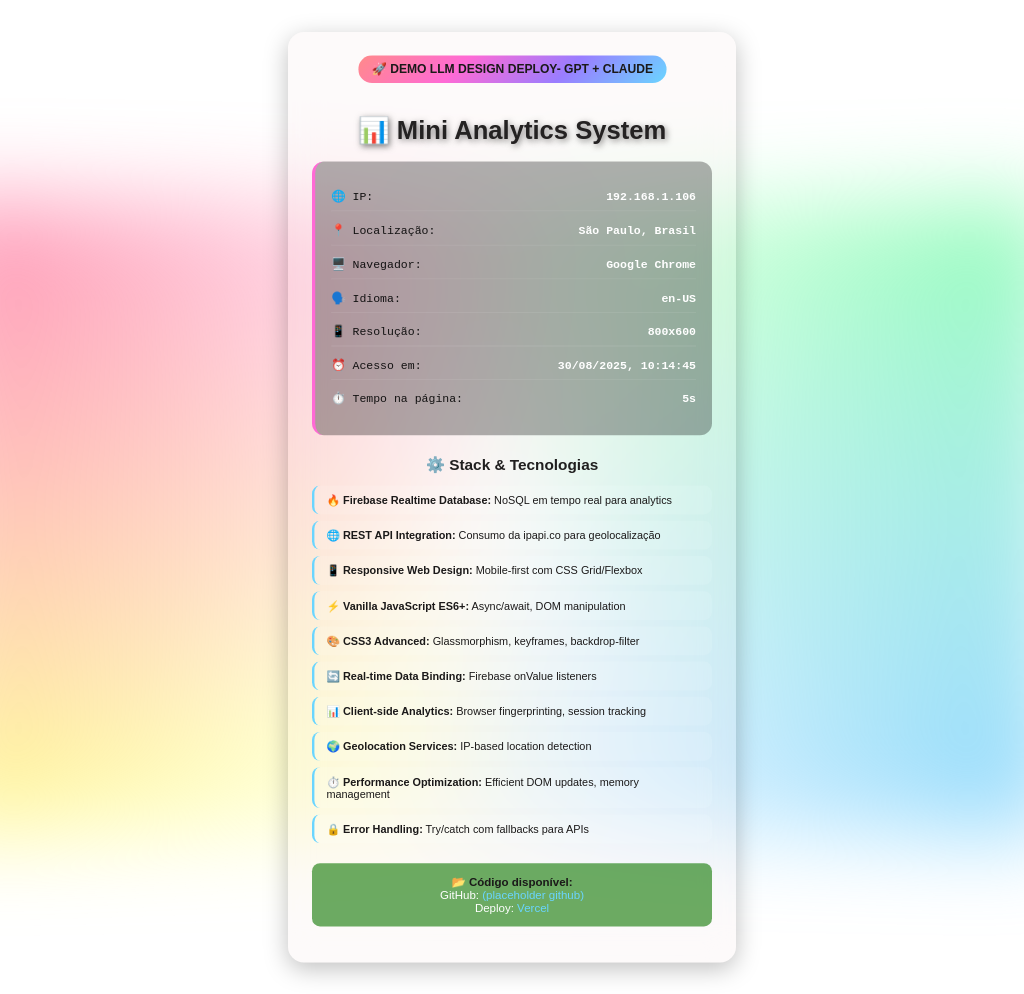
Repository: nardogod/mini-analytics
Page: mini.html
These files come from the project's save history. The page is drawn as it stood at one moment and after the next save; the edit follows.
The browser window is 1280 px wide. The pictures show the whole page, at 80% of full size.

Above is the page before, as saved 2025-08-30 10:57:29.

### mini.html
<!DOCTYPE html>
<html lang="pt-BR">
  <head>
    <meta charset="UTF-8" />
    <meta name="viewport" content="width=device-width, initial-scale=1.0" />
    <title>Demo Analytics - Portfólio</title>
    <style>
      body {
        margin: 0;
        font-family: "Poppins", sans-serif;
        display: flex;
        justify-content: center;
        align-items: center;
        min-height: 100vh;
        overflow-x: hidden;
        color: #1b1919;
        text-align: center;
        padding: 20px 0;
      }

      /* Fundo vibrante com bolhas coloridas */
      .background {
        position: fixed;
        width: 100%;
        height: 100%;
        background: radial-gradient(
            circle at top left,
            rgba(255, 100, 150, 0.7),
            transparent 50%
          ),
          radial-gradient(
            circle at bottom right,
            rgba(100, 200, 255, 0.7),
            transparent 50%
          ),
          radial-gradient(
            circle at top right,
            rgba(100, 255, 150, 0.7),
            transparent 50%
          ),
          radial-gradient(
            circle at bottom left,
            rgba(255, 255, 100, 0.7),
            transparent 50%
          );
        filter: blur(50px);
        animation: moveBubbles 10s infinite alternate ease-in-out;
        z-index: -1;
      }

      @keyframes moveBubbles {
        0% {
          transform: translate(0, 0) scale(1);
        }
        50% {
          transform: translate(-25px, 25px) scale(1.1);
        }
        100% {
          transform: translate(25px, -25px) scale(1);
        }
      }

      .container {
        background: rgba(240, 222, 222, 0.15);
        border-radius: 20px;
        padding: 30px;
        width: 90%;
        max-width: 500px;
        box-shadow: 0 8px 30px rgba(0, 0, 0, 0.25);
        backdrop-filter: blur(20px);
        margin: 20px;
      }

      h1 {
        font-size: 2rem;
        margin-bottom: 20px;
        color: #242222;
        text-shadow: 2px 2px 8px rgba(0, 0, 0, 0.5);
      }

      .demo-badge {
        display: inline-block;
        background: linear-gradient(135deg, #ff8a8a, #ff6ad5, #9a7dff, #6ad5ff);
        padding: 8px 16px;
        border-radius: 25px;
        font-size: 0.9rem;
        font-weight: bold;
        margin-bottom: 20px;
        animation: pulse 2s infinite;
      }

      @keyframes pulse {
        0%,
        100% {
          transform: scale(1);
        }
        50% {
          transform: scale(1.05);
        }
      }

      .analytics-display {
        background: rgba(0, 0, 0, 0.3);
        border-radius: 15px;
        padding: 20px;
        margin: 20px 0;
        text-align: left;
        font-family: "Courier New", monospace;
        font-size: 0.9rem;
        line-height: 1.6;
        border-left: 4px solid #ff6ad5;
      }

      .metric {
        display: flex;
        justify-content: space-between;
        margin: 8px 0;
        padding: 5px 0;
        border-bottom: 1px solid rgba(255, 255, 255, 0.1);
      }

      .metric:last-child {
        border-bottom: none;
      }

      .label {
        color: #131212;
        font-weight: 500;
      }

      .value {
        color: #fff;
        font-weight: bold;
      }

      .tecnicas {
        margin-top: 25px;
        font-size: 0.85rem;
        text-align: left;
      }

      .tecnicas h2 {
        font-size: 1.2rem;
        margin-bottom: 15px;
        text-align: center;
        color: #201f1f;
      }

      .tecnicas ul {
        list-style: none;
        padding: 0;
      }

      .tecnicas li {
        background: rgba(255, 255, 255, 0.1);
        margin: 8px 0;
        padding: 10px 15px;
        border-radius: 10px;
        border-left: 3px solid #6ad5ff;
      }

      .live-indicator {
        display: inline-block;
        width: 8px;
        height: 8px;
        background: #4ade80;
        border-radius: 50%;
        animation: blink 1.5s infinite;
        margin-right: 8px;
      }

      @keyframes blink {
        0%,
        50% {
          opacity: 1;
        }
        51%,
        100% {
          opacity: 0.3;
        }
      }

      .visitors-count {
        background: linear-gradient(135deg, #4ade80, #22d3ee);
        padding: 10px 20px;
        border-radius: 25px;
        margin: 15px 0;
        font-weight: bold;
        display: inline-block;
      }
    </style>
  </head>
  <body>
    <div class="background"></div>
    <div class="container">
      <div class="demo-badge">🚀 DEMO LLM DESIGN DEPLOY- GPT + CLAUDE</div>
      <h1>📊 Mini Analytics System</h1>

      <div class="analytics-display" id="analytics">
        <div class="metric">
          <span class="label">🌐 IP:</span>
          <span class="value" id="ip">Detectando...</span>
        </div>
        <div class="metric">
          <span class="label">📍 Localização:</span>
          <span class="value" id="location">Carregando...</span>
        </div>
        <div class="metric">
          <span class="label">🖥️ Navegador:</span>
          <span class="value" id="browser">Analisando...</span>
        </div>
        <div class="metric">
          <span class="label">🗣️ Idioma:</span>
          <span class="value" id="language">--</span>
        </div>
        <div class="metric">
          <span class="label">📱 Resolução:</span>
          <span class="value" id="screen">--</span>
        </div>
        <div class="metric">
          <span class="label">⏰ Acesso em:</span>
          <span class="value" id="timestamp">--</span>
        </div>
        <div class="metric">
          <span class="label">⏱️ Tempo na página:</span>
          <span class="value" id="sessionTime">0s</span>
        </div>
      </div>

      <div class="tecnicas">
        <h2>⚙️ Stack & Tecnologias</h2>
        <ul>
          <li>
            🔥 <strong>Firebase Realtime Database:</strong> NoSQL em tempo real
            para analytics
          </li>
          <li>
            🌐 <strong>REST API Integration:</strong> Consumo da ipapi.co para
            geolocalização
          </li>
          <li>
            📱 <strong>Responsive Web Design:</strong> Mobile-first com CSS
            Grid/Flexbox
          </li>
          <li>
            ⚡ <strong>Vanilla JavaScript ES6+:</strong> Async/await, DOM
            manipulation
          </li>
          <li>
            🎨 <strong>CSS3 Advanced:</strong> Glassmorphism, keyframes,
            backdrop-filter
          </li>
          <li>
            🔄 <strong>Real-time Data Binding:</strong> Firebase onValue
            listeners
          </li>
          <li>
            📊 <strong>Client-side Analytics:</strong> Browser fingerprinting,
            session tracking
          </li>
          <li>
            🌍 <strong>Geolocation Services:</strong> IP-based location
            detection
          </li>
          <li>
            ⏱️ <strong>Performance Optimization:</strong> Efficient DOM updates,
            memory management
          </li>
          <li>
            🔒 <strong>Error Handling:</strong> Try/catch com fallbacks para
            APIs
          </li>
        </ul>

        <div style="margin-top: 25px; text-align: center; font-size: 0.9rem">
          <div
            style="
              background: rgba(20, 122, 7, 0.623);
              padding: 15px;
              border-radius: 10px;
              margin: 15px 0;
            "
          >
            <strong>📂 Código disponível:</strong><br />
            <span style="color: #ffffff">GitHub: </span
            ><span style="color: #6ad5ff">(placeholder github)</span><br />
            <span style="color: #ffffff">Deploy: </span
            ><span style="color: #6ad5ff">Vercel</span>
          </div>
        </div>
      </div>
    </div>

    <script>
      // Simulação das funcionalidades para demonstração no portfólio
      let sessionTime = 0;
      let visitorsCount = Math.floor(Math.random() * 50) + 100; // Simula contagem

      // Função para detectar informações do cliente
      function coletarDados() {
        // Dados básicos do navegador (funcionam em qualquer ambiente)
        const navegador = getBrowserInfo();
        const idioma = navigator.language || "pt-BR";
        const tela = `${window.screen.width}x${window.screen.height}`;
        const acessoEm = new Date().toLocaleString("pt-BR");

        // Atualiza dados básicos imediatamente
        document.getElementById("browser").textContent = navegador;
        document.getElementById("language").textContent = idioma;
        document.getElementById("screen").textContent = tela;
        document.getElementById("timestamp").textContent = acessoEm;

        // Simula carregamento de IP e localização
        setTimeout(() => {
          document.getElementById("ip").textContent =
            "192.168.1." + Math.floor(Math.random() * 255);
          document.getElementById("location").textContent = "São Paulo, Brasil";
        }, 1500);

        // Simula Firebase - contador de visitantes (removido para mostrar apenas dados reais)
        // Em produção: Firebase Realtime Database com runTransaction para contadores globais

        // Timer de sessão
        setInterval(() => {
          sessionTime++;
          const minutes = Math.floor(sessionTime / 60);
          const seconds = sessionTime % 60;
          const timeDisplay =
            minutes > 0 ? `${minutes}m ${seconds}s` : `${seconds}s`;
          document.getElementById("sessionTime").textContent = timeDisplay;
        }, 1000);
      }

      // Função para identificar o navegador
      function getBrowserInfo() {
        const ua = navigator.userAgent;
        let browser = "Desconhecido";

        if (ua.includes("Chrome") && !ua.includes("Edge")) {
          browser = "Google Chrome";
        } else if (ua.includes("Firefox")) {
          browser = "Mozilla Firefox";
        } else if (ua.includes("Safari") && !ua.includes("Chrome")) {
          browser = "Safari";
        } else if (ua.includes("Edge")) {
          browser = "Microsoft Edge";
        } else if (ua.includes("Opera")) {
          browser = "Opera";
        }

        return browser;
      }

      // Simula requisição para API de geolocalização
      async function tentarGeolocalizacao() {
        try {
          // Em um ambiente real, faria: const res = await fetch("https://ipapi.co/json/");
          // Aqui simulamos o comportamento para o portfólio
          await new Promise((resolve) => setTimeout(resolve, 1000));
          return {
            ip: "187.45.123." + Math.floor(Math.random() * 255),
            city: "São Paulo",
            country_name: "Brasil",
          };
        } catch (e) {
          console.log("Simulação: Erro ao buscar localização", e);
          return {
            ip: "N/A",
            city: "N/A",
            country_name: "N/A",
          };
        }
      }

      // Inicializa a aplicação
      coletarDados();

      // Adiciona efeito de hover nos itens das técnicas
      document.addEventListener("DOMContentLoaded", () => {
        const tecnicasItems = document.querySelectorAll(".tecnicas li");
        tecnicasItems.forEach((item) => {
          item.addEventListener("mouseenter", () => {
            item.style.background = "rgba(255, 255, 255, 0.2)";
            item.style.transform = "translateX(5px)";
            item.style.transition = "all 0.3s ease";
          });

          item.addEventListener("mouseleave", () => {
            item.style.background = "rgba(255, 255, 255, 0.1)";
            item.style.transform = "translateX(0px)";
          });
        });
      });
    </script>
  </body>
</html>

After the next save:
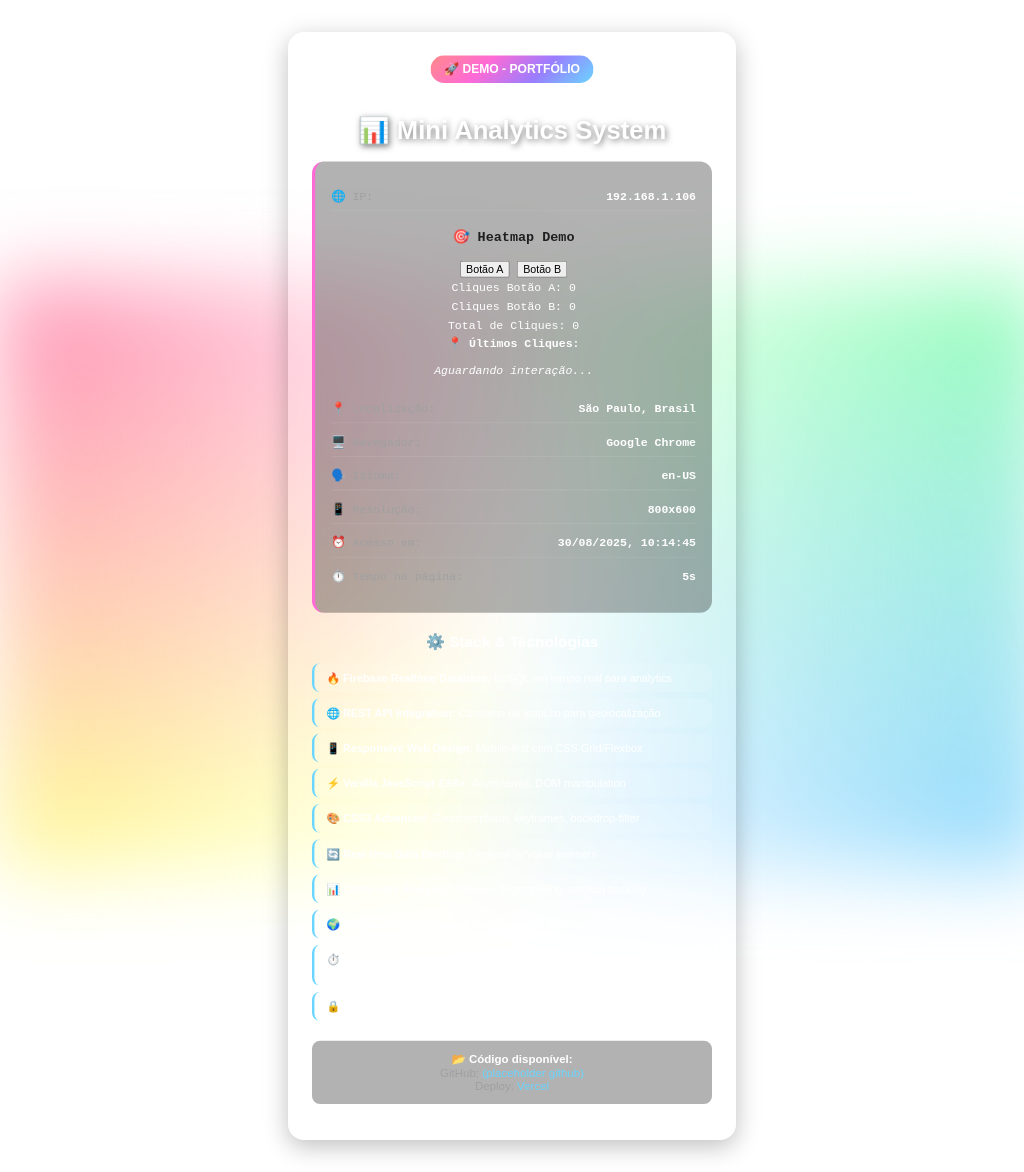
Saved 6 min 34 s later.
--- a/mini.html
+++ b/mini.html
@@ -13,7 +13,7 @@
         align-items: center;
         min-height: 100vh;
         overflow-x: hidden;
-        color: #1b1919;
+        color: #fff;
         text-align: center;
         padding: 20px 0;
       }
@@ -44,7 +44,7 @@
             transparent 50%
           );
         filter: blur(50px);
-        animation: moveBubbles 10s infinite alternate ease-in-out;
+        animation: moveBubbles 6s ease-in-out infinite;
         z-index: -1;
       }
 
@@ -61,7 +61,7 @@
       }
 
       .container {
-        background: rgba(240, 222, 222, 0.15);
+        background: rgba(255, 255, 255, 0.15);
         border-radius: 20px;
         padding: 30px;
         width: 90%;
@@ -74,7 +74,7 @@
       h1 {
         font-size: 2rem;
         margin-bottom: 20px;
-        color: #242222;
+        color: #fff;
         text-shadow: 2px 2px 8px rgba(0, 0, 0, 0.5);
       }
 
@@ -124,7 +124,7 @@
       }
 
       .label {
-        color: #131212;
+        color: #a0a0a0;
         font-weight: 500;
       }
 
@@ -143,7 +143,7 @@
         font-size: 1.2rem;
         margin-bottom: 15px;
         text-align: center;
-        color: #201f1f;
+        color: #fff;
       }
 
       .tecnicas ul {
@@ -193,13 +193,47 @@
   <body>
     <div class="background"></div>
     <div class="container">
-      <div class="demo-badge">🚀 DEMO LLM DESIGN DEPLOY- GPT + CLAUDE</div>
+      <div class="demo-badge">🚀 DEMO - PORTFÓLIO</div>
       <h1>📊 Mini Analytics System</h1>
 
       <div class="analytics-display" id="analytics">
         <div class="metric">
           <span class="label">🌐 IP:</span>
           <span class="value" id="ip">Detectando...</span>
+        </div>
+
+        <!-- Heatmap Tracking Demo -->
+        <div style="margin: 20px 0; text-align: center">
+          <h3 style="color: #201f1f; margin-bottom: 15px">🎯 Heatmap Demo</h3>
+          <button class="demo-button" id="button1">Botão A</button>
+          <button class="demo-button" id="button2">Botão B</button>
+
+          <div class="heatmap-display">
+            <div class="click-counter">
+              <div class="counter-item">
+                <span class="counter-label">Cliques Botão A:</span>
+                <span class="counter-value" id="countA">0</span>
+              </div>
+              <div class="counter-item">
+                <span class="counter-label">Cliques Botão B:</span>
+                <span class="counter-value" id="countB">0</span>
+              </div>
+              <div class="counter-item">
+                <span class="counter-label">Total de Cliques:</span>
+                <span class="counter-value" id="totalClicks">0</span>
+              </div>
+            </div>
+
+            <div class="click-positions" id="clickPositions">
+              <strong>📍 Últimos Cliques:</strong>
+              <div
+                id="clickList"
+                style="max-height: 80px; overflow-y: auto; margin-top: 10px"
+              >
+                <em>Aguardando interação...</em>
+              </div>
+            </div>
+          </div>
         </div>
         <div class="metric">
           <span class="label">📍 Localização:</span>
@@ -275,16 +309,16 @@
         <div style="margin-top: 25px; text-align: center; font-size: 0.9rem">
           <div
             style="
-              background: rgba(20, 122, 7, 0.623);
+              background: rgba(0, 0, 0, 0.3);
               padding: 15px;
               border-radius: 10px;
               margin: 15px 0;
             "
           >
             <strong>📂 Código disponível:</strong><br />
-            <span style="color: #ffffff">GitHub: </span
+            <span style="color: #a0a0a0">GitHub: </span
             ><span style="color: #6ad5ff">(placeholder github)</span><br />
-            <span style="color: #ffffff">Deploy: </span
+            <span style="color: #a0a0a0">Deploy: </span
             ><span style="color: #6ad5ff">Vercel</span>
           </div>
         </div>

After the save that followed:
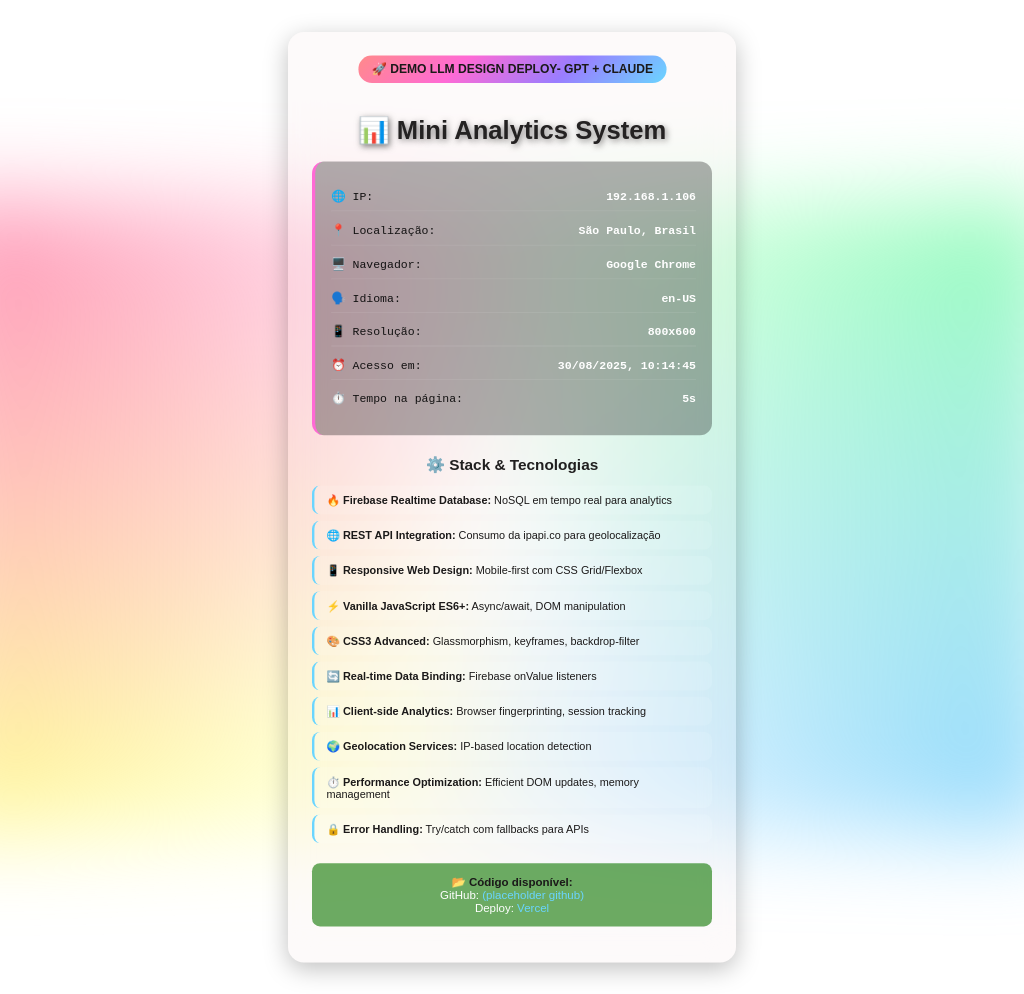
Saved 28 s later.
--- a/mini.html
+++ b/mini.html
@@ -13,7 +13,7 @@
         align-items: center;
         min-height: 100vh;
         overflow-x: hidden;
-        color: #fff;
+        color: #1b1919;
         text-align: center;
         padding: 20px 0;
       }
@@ -44,7 +44,7 @@
             transparent 50%
           );
         filter: blur(50px);
-        animation: moveBubbles 6s ease-in-out infinite;
+        animation: moveBubbles 10s infinite alternate ease-in-out;
         z-index: -1;
       }
 
@@ -61,7 +61,7 @@
       }
 
       .container {
-        background: rgba(255, 255, 255, 0.15);
+        background: rgba(240, 222, 222, 0.15);
         border-radius: 20px;
         padding: 30px;
         width: 90%;
@@ -74,7 +74,7 @@
       h1 {
         font-size: 2rem;
         margin-bottom: 20px;
-        color: #fff;
+        color: #242222;
         text-shadow: 2px 2px 8px rgba(0, 0, 0, 0.5);
       }
 
@@ -124,7 +124,7 @@
       }
 
       .label {
-        color: #a0a0a0;
+        color: #131212;
         font-weight: 500;
       }
 
@@ -143,7 +143,7 @@
         font-size: 1.2rem;
         margin-bottom: 15px;
         text-align: center;
-        color: #fff;
+        color: #201f1f;
       }
 
       .tecnicas ul {
@@ -193,47 +193,13 @@
   <body>
     <div class="background"></div>
     <div class="container">
-      <div class="demo-badge">🚀 DEMO - PORTFÓLIO</div>
+      <div class="demo-badge">🚀 DEMO LLM DESIGN DEPLOY- GPT + CLAUDE</div>
       <h1>📊 Mini Analytics System</h1>
 
       <div class="analytics-display" id="analytics">
         <div class="metric">
           <span class="label">🌐 IP:</span>
           <span class="value" id="ip">Detectando...</span>
-        </div>
-
-        <!-- Heatmap Tracking Demo -->
-        <div style="margin: 20px 0; text-align: center">
-          <h3 style="color: #201f1f; margin-bottom: 15px">🎯 Heatmap Demo</h3>
-          <button class="demo-button" id="button1">Botão A</button>
-          <button class="demo-button" id="button2">Botão B</button>
-
-          <div class="heatmap-display">
-            <div class="click-counter">
-              <div class="counter-item">
-                <span class="counter-label">Cliques Botão A:</span>
-                <span class="counter-value" id="countA">0</span>
-              </div>
-              <div class="counter-item">
-                <span class="counter-label">Cliques Botão B:</span>
-                <span class="counter-value" id="countB">0</span>
-              </div>
-              <div class="counter-item">
-                <span class="counter-label">Total de Cliques:</span>
-                <span class="counter-value" id="totalClicks">0</span>
-              </div>
-            </div>
-
-            <div class="click-positions" id="clickPositions">
-              <strong>📍 Últimos Cliques:</strong>
-              <div
-                id="clickList"
-                style="max-height: 80px; overflow-y: auto; margin-top: 10px"
-              >
-                <em>Aguardando interação...</em>
-              </div>
-            </div>
-          </div>
         </div>
         <div class="metric">
           <span class="label">📍 Localização:</span>
@@ -309,16 +275,16 @@
         <div style="margin-top: 25px; text-align: center; font-size: 0.9rem">
           <div
             style="
-              background: rgba(0, 0, 0, 0.3);
+              background: rgba(20, 122, 7, 0.623);
               padding: 15px;
               border-radius: 10px;
               margin: 15px 0;
             "
           >
             <strong>📂 Código disponível:</strong><br />
-            <span style="color: #a0a0a0">GitHub: </span
+            <span style="color: #ffffff">GitHub: </span
             ><span style="color: #6ad5ff">(placeholder github)</span><br />
-            <span style="color: #a0a0a0">Deploy: </span
+            <span style="color: #ffffff">Deploy: </span
             ><span style="color: #6ad5ff">Vercel</span>
           </div>
         </div>
